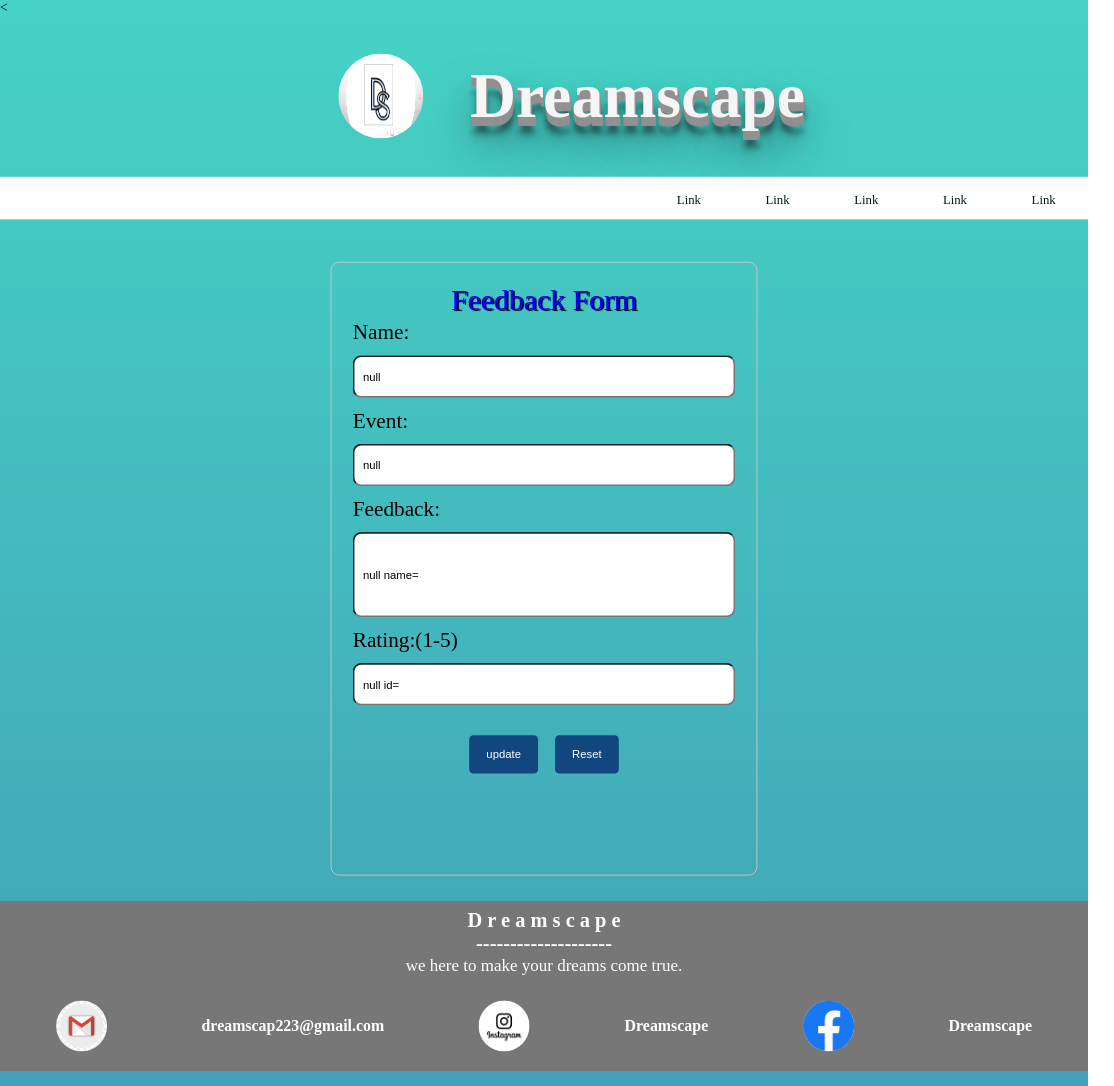
Repository: Dulankayapa/2ndyearoopprojrct
Page: http://localhost/feedback/updatefb.jsp
An editor plug-in stored every save of this project. The page is shown before and after the next save, followed by the edit.
The browser window is 1280 px wide. The page is 1310 px wide, so the pictures cover 1310 px, including what lies to the right of the window. The pictures show the whole page, at 85% of full size.
The page is served by Tomcat 9. Nobody is signed in. The application's start-up code is not run.

Above is the page before, as saved 2023-10-20 12:36:46.

After the next save:
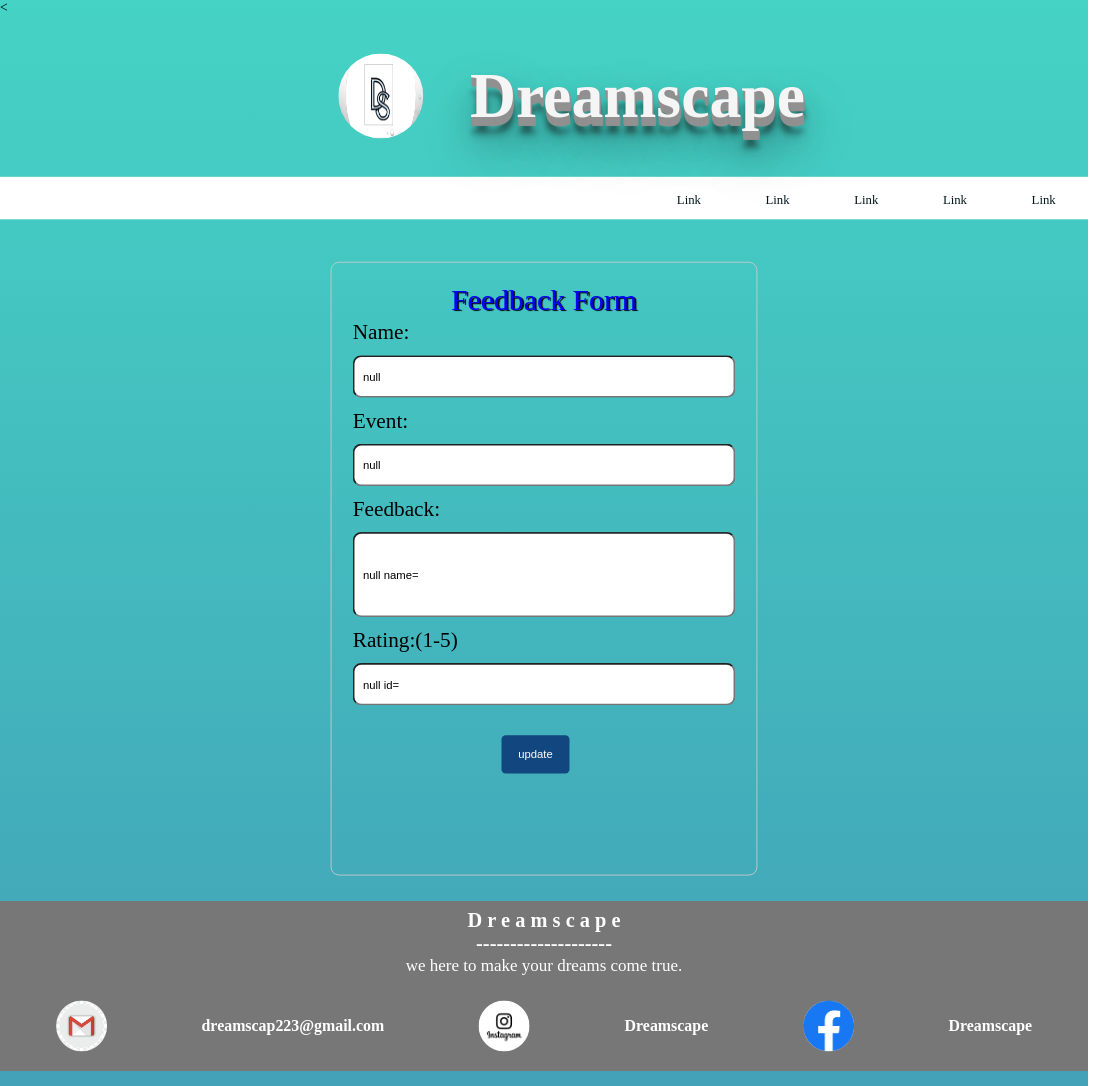
Saved 3 min 4 s later.
--- a/feedback/src/main/webapp/updatefb.jsp
+++ b/feedback/src/main/webapp/updatefb.jsp
@@ -223,7 +223,6 @@ footer p {
 				<div style="display: flex; justify-content: center">
 					<button type="submit" style="margin-right: 20px">update</button>
 
-					<button type="reset">Reset</button>
 				</div>
 			</form>
 		</div>
